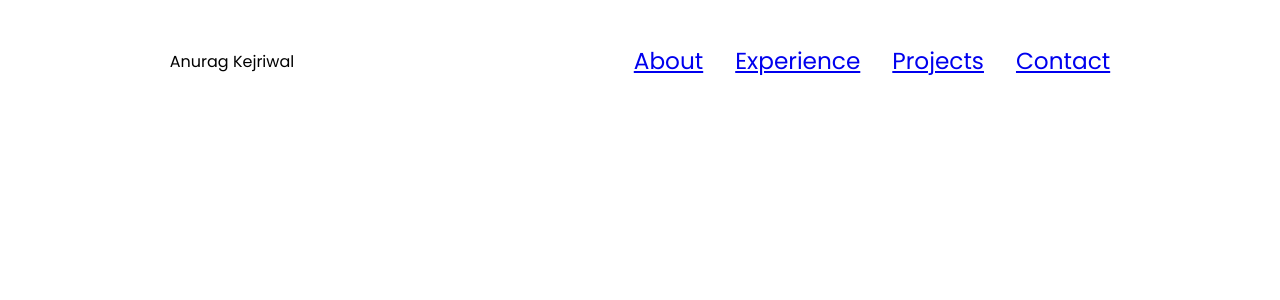
Repository: anuragkej/OldPortfolio
Page: index.html
The author's editor kept a copy of each file at every save. The page is drawn from the files as they stood at one save, then again after the next save.
The browser window is 1280 px wide. The pictures show the whole page.

Above is the page before, as saved 2024-05-25 20:19:49.

### index.html
<!DOCTYPE html>
<html lang="en">
<head>
    <meta charset="UTF-8">
    <meta name="viewport" content="width=device-width, initial-scale=1.0">
    <title>Personal Portfolio</title>
    <link rel="stylesheet" href="style.css">
    <link rel="stylesheet" href="mediaqueries.css">
</head>
<body>
    <nav id="desktop-nav">
        <div class="logo">Anurag Kejriwal</div>
        <div>
            <ul class="nav-links">
                <li><a href="#about">About</a></li>
                <li><a href="#experience">Experience</a></li>
                <li><a href="#projects">Projects</a></li>
                <li><a href="#contact">Contact</a></li>
            </ul>
        </div>
    </nav>
    <script src="script.js"></script>

</body>
</html>

### style.css
/* General */

@import url('https://fonts.googleapis.com/css2?family=Poppins:wght@300;400;500;600&display=swap');
*{
    margin: 0;
    padding: 0;
}

body{
    font-family: "Poppins", sans-serif;
}

html{
    scroll-behavior: smooth;
}

p{
    color: rgb(85, 85, 85);
}

/* Transition */
/* all the links, with button*/

a,
.btn{
    transition: all 300ms ease;
}

/*Desktop navigation */

nav, .nav-links {
    display: flex;
}

nav{
    justify-content: space-around;
    align-items: center;
    height: 17vh;
}

.nav-links{
    gap: 2rem;
    list-style: none;
    font-size: 1.45rem;
}

Loaded but not shown: mediaqueries.css (no copy from this time; the picture is the same without it); script.js (no copy from this time; the picture is the same without it)

After the next save:
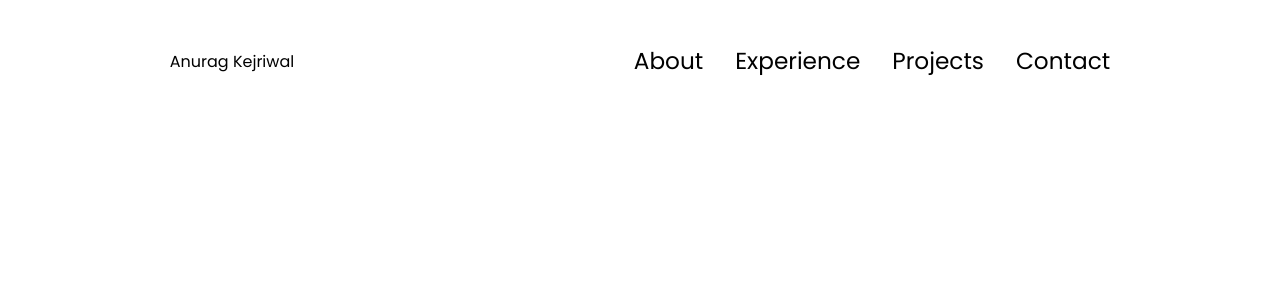
Saved 53 s later.
--- a/style.css
+++ b/style.css
@@ -43,3 +43,61 @@
     list-style: none;
     font-size: 1.45rem;
 }
+
+a{
+    color: black;
+    text-decoration: none;
+    text-decoration-color: white;
+
+}
+
+a:hover{
+    color: grey;
+    text-decoration: underline;
+    text-underline-offset: 1rem;
+}
+/* General */
+
+@import url('https://fonts.googleapis.com/css2?family=Poppins:wght@300;400;500;600&display=swap');
+*{
+    margin: 0;
+    padding: 0;
+}
+
+body{
+    font-family: "Poppins", sans-serif;
+}
+
+html{
+    scroll-behavior: smooth;
+}
+
+p{
+    color: rgb(85, 85, 85);
+}
+
+/* Transition */
+/* all the links, with button*/
+
+a,
+.btn{
+    transition: all 300ms ease;
+}
+
+/*Desktop navigation */
+
+nav, .nav-links {
+    display: flex;
+}
+
+nav{
+    justify-content: space-around;
+    align-items: center;
+    height: 17vh;
+}
+
+.nav-links{
+    gap: 2rem;
+    list-style: none;
+    font-size: 1.45rem;
+}
